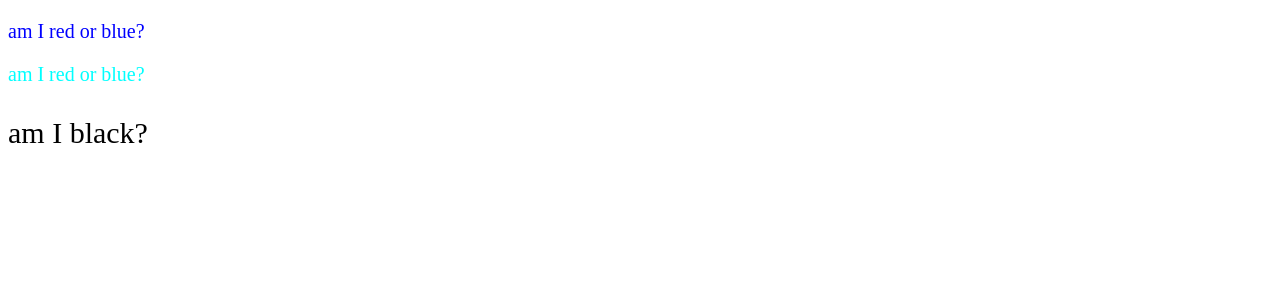
Repository: Seonhanbit/dev
Page: work_frontend/CSSEx/WebContent/01basics/01.usingcss.html
An editor plug-in stored every save of this project. The page is shown before and after the next save, followed by the edit.
The browser window is 1280 px wide. The pictures show the whole page.

Above is the page before, as saved 2019-08-27 00:53:07.

After the next save:
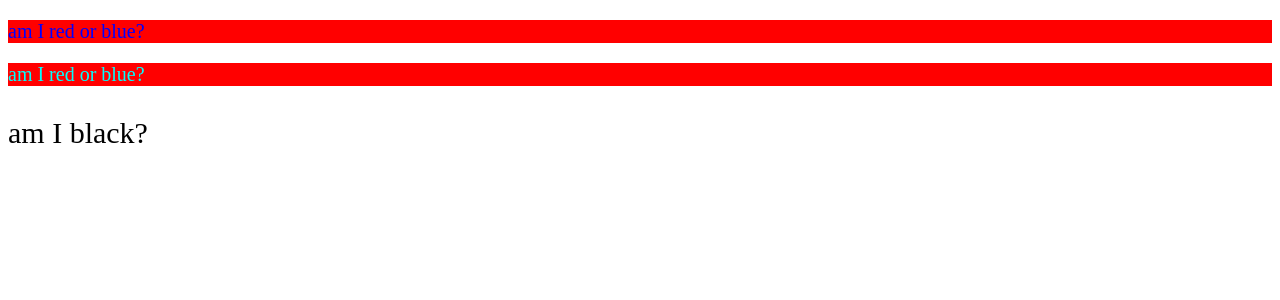
Saved 63 s later.
--- a/work_frontend/CSSEx/WebContent/01basics/01.usingcss.html
+++ b/work_frontend/CSSEx/WebContent/01basics/01.usingcss.html
@@ -14,7 +14,9 @@
 #bbb{
 	color: aqua;
 }
-
+.ccc{
+	background-color: red;
+}
 
 </style>
 </head>

After the save that followed:
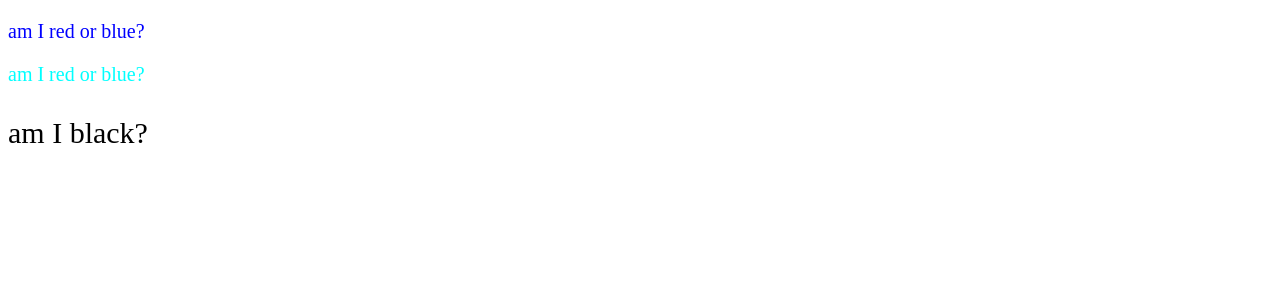
Saved 9 s later.
--- a/work_frontend/CSSEx/WebContent/01basics/01.usingcss.html
+++ b/work_frontend/CSSEx/WebContent/01basics/01.usingcss.html
@@ -15,7 +15,7 @@
 	color: aqua;
 }
 .ccc{
-	background-color: red;
+	color: red;
 }
 
 </style>
